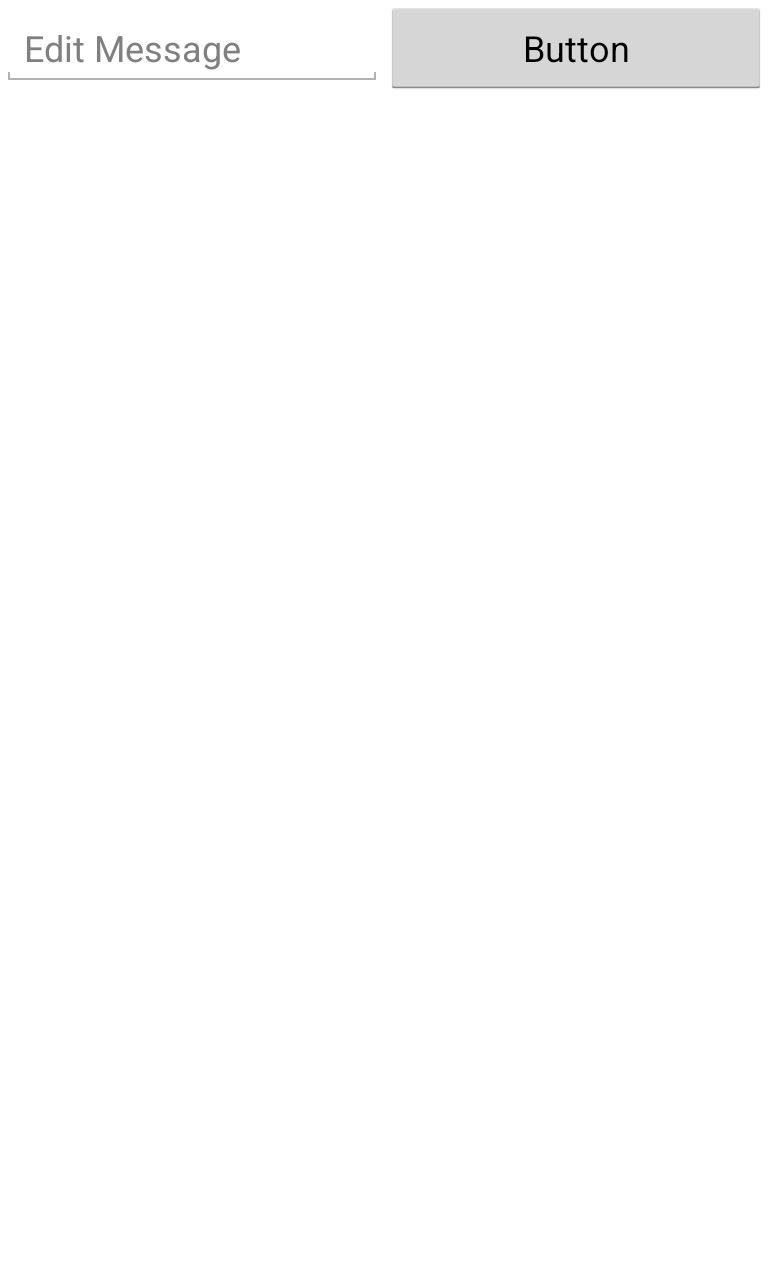
Repository: alokranjan04/ewireless5_practical
Layout: SecondProject/res/layout/activity_main.xml
These files come from the project's save history. The layout is drawn as it stood at one moment and after the next save; the edit follows.
It is drawn on a 768 x 1280 px phone screen (xhdpi) without system bars, with theme AppTheme; the app's code is not run.

Above is the layout before, as saved 2014-02-08 18:03:21.

### SecondProject/res/layout/activity_main.xml
<LinearLayout xmlns:android="http://schemas.android.com/apk/res/android"
    xmlns:tools="http://schemas.android.com/tools"
    android:layout_width="match_parent"
    android:layout_height="match_parent"
	android:orientation="horizontal" >

<!--     <TextView -->
<!--         android:layout_width="wrap_content" -->
<!--         android:layout_height="wrap_content" -->
<!--         android:text="@string/hello_world" /> -->

<EditText
        android:id="@+id/edit_message"
        android:layout_width="0dp"
        android:layout_height="wrap_content"
        android:layout_weight="1"
        android:hint="@string/edit_message" />
    <Button
        android:id="@+id/button1"
        android:layout_width="0dp"
        android:layout_height="wrap_content"
        android:layout_weight="1"
        android:text="Button" />



</LinearLayout>

### SecondProject/res/values/strings.xml
<?xml version="1.0" encoding="utf-8"?>
<resources>

    <string name="app_name">SecondProject</string>
    <string name="action_settings">Settings</string>
    <string name="hello_world">Hello world!</string>
    <string name="edit_message">Edit Message</string>
    <string name="button_send">SEND</string>

</resources>

Loaded but not shown: SecondProject/res/values/styles.xml (common file); SecondProject/res/values-v11/styles.xml (common file); SecondProject/res/values-v14/styles.xml (common file)

After the next save:
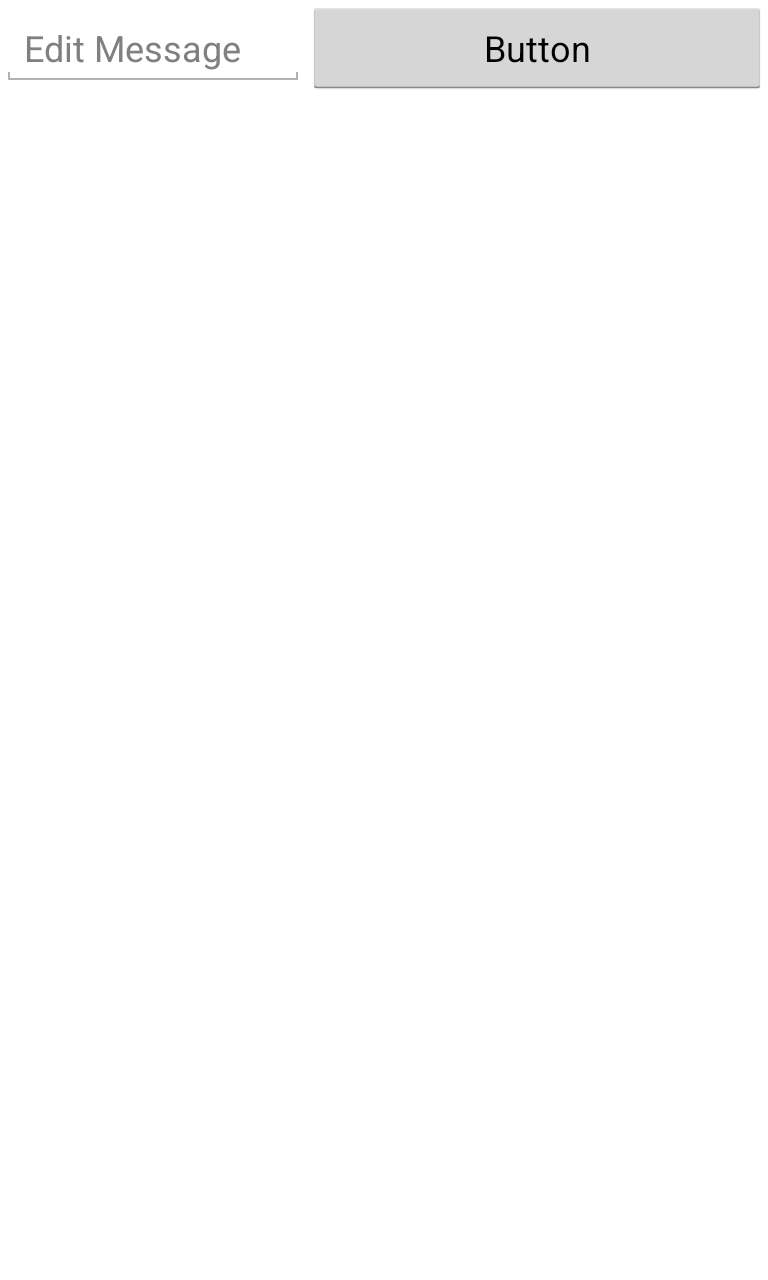
Saved 13 s later.
--- a/SecondProject/res/layout/activity_main.xml
+++ b/SecondProject/res/layout/activity_main.xml
@@ -17,7 +17,7 @@
         android:hint="@string/edit_message" />
     <Button
         android:id="@+id/button1"
-        android:layout_width="0dp"
+        android:layout_width="wrap_content"
         android:layout_height="wrap_content"
         android:layout_weight="1"
         android:text="Button" />
